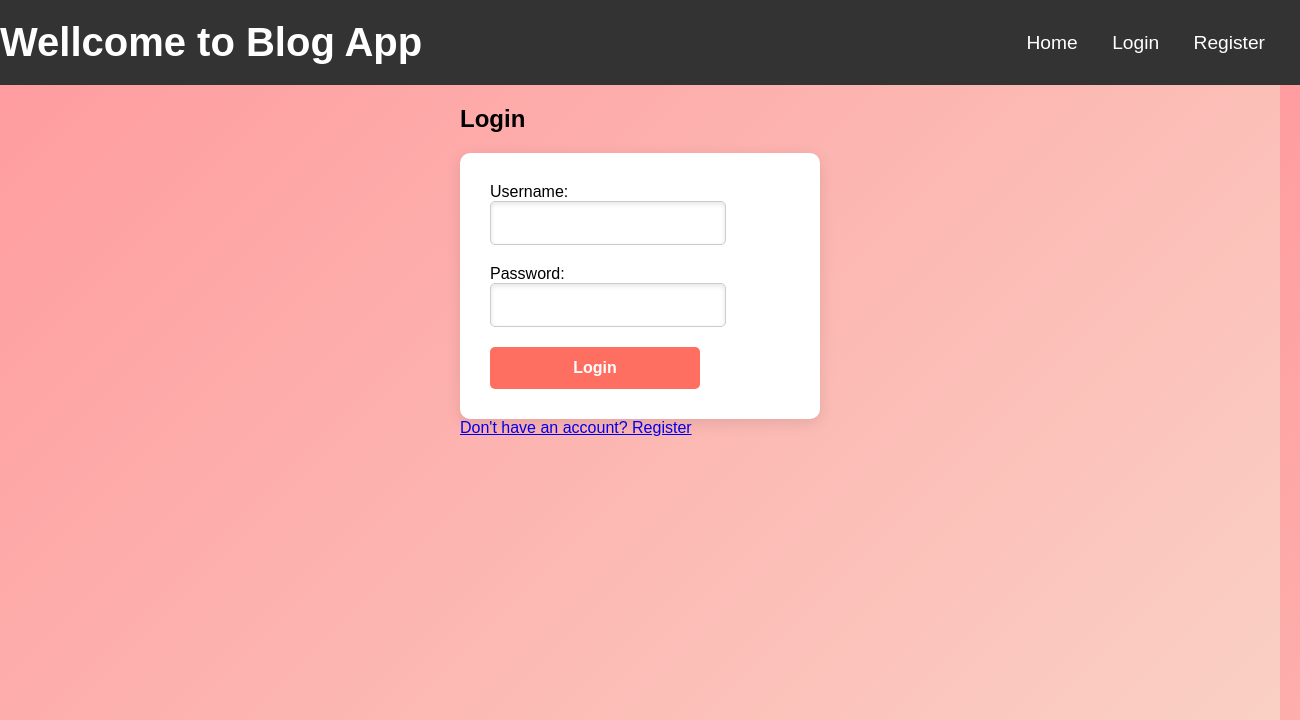
Repository: kapucuonur/blog_App
Page: users/templates/users/login.html
These files come from the project's save history. The page is drawn as it stood at one moment and after the next save; the edit follows.
The browser window is 1280 px wide. The page is 1300 px wide, so the pictures cover 1300 px, including what lies to the right of the window. The pictures show the whole page.
The template is drawn by Django 4.2. The application's start-up code is not run. Other server files are loaded and not shown. The template is opened directly, without the code that normally fills it, so the values that code supplies are empty.

Above is the page before, as saved 2025-01-28 13:25:35.

### users/templates/users/login.html
{% extends 'posts/base.html' %}

{% block content %}
    <h2>Login</h2>
    <form method="post">
        {% csrf_token %}

        {% if error %}
            <p style="color: red;">{{ error }}</p>
        {% endif %}

        <label for="id_username">Username:</label>
        <input type="text" name="username" id="id_username" required>

        <label for="id_password">Password:</label>
        <input type="password" name="password" id="id_password" required>

        <button type="submit">Login</button>
    </form>

    <a href="{% url 'register' %}">Don't have an account? Register</a>
{% endblock %}

### posts/templates/posts/base.html
{% load static %}
<!DOCTYPE html>
<html lang="en">
<head>
    <meta charset="UTF-8">
    <meta name="viewport" content="width=device-width, initial-scale=1.0">
    <title>Blog App</title>
    <link rel="stylesheet" href="{% static 'css/styles.css' %}">
</head>
<body>
    <header>
        <h1> Wellcome to Blog App</h1>
        <nav>
            <a href="{% url 'index' %}">Home</a>
            {% if user.is_authenticated %}
                <a href="{% url 'logout' %}">Logout</a>
            {% else %}
                <a href="{% url 'login' %}">Login</a>
                <a href="{% url 'register' %}">Register</a>
            {% endif %}
        </nav>
    </header>
    <main>
        {% block content %}
        {% endblock %}
    </main>
</body>
</html>

### static/css/styles.css
/* General styling */
body {
    font-family: Arial, sans-serif;
    margin: 0;
    padding: 0;
    display: flex;
    flex-direction: column;
    align-items: center;
    justify-content: flex-start;
    height: 100vh;
    background: linear-gradient(135deg, #ff9a9e, #fad0c4);
    animation: backgroundMove 5s infinite alternate;
    box-sizing: border-box;
}

@keyframes backgroundMove {
    from {
        background-position: 0% 50%;
    }
    to {
        background-position: 100% 50%;
    }
}

/* Header and Navigation */
header {
    width: 100%;
    background-color: #333;
    color: white;
    padding: 20px;
    display: flex;
    justify-content: space-between;
    align-items: center;
}

header h1 {
    margin: 0;
    font-size: 2.5rem;
}

nav a {
    color: white;
    margin: 0 15px;
    text-decoration: none;
    font-size: 1.2rem;
    transition: color 0.3s ease;
}

nav a:hover {
    color: #ff6f61;
}

/* Welcome message styling */
.welcome-message {
    text-align: center;
    margin-top: 30px;
    color: #444;
}

.welcome-message h2 {
    font-size: 2rem;
    color: #333;
}

.welcome-message p {
    font-size: 1.2rem;
    color: #555;
}

/* Posts container */
.posts-container {
    display: flex;
    justify-content: center;
    margin-top: 30px;
}

.posts {
    width: 70%;
    max-width: 800px;
}

.post {
    background-color: #fff;
    padding: 20px;
    margin-bottom: 20px;
    border-radius: 10px;
    box-shadow: 0 4px 15px rgba(0, 0, 0, 0.1);
}

.post h4 {
    margin: 0;
    font-size: 1.5rem;
    color: #333;
}

.post p {
    font-size: 1.2rem;
    color: #555;
}

.author {
    font-size: 1rem;
    color: #777;
    margin-top: 10px;
    font-style: italic;
}

/* Form styling */
form {
    background: #fff;
    padding: 30px;
    border-radius: 10px;
    box-shadow: 0 4px 15px rgba(0, 0, 0, 0.1);
    width: 300px;
    animation: slideDown 0.6s ease-in-out;
}

/* Heading inside the form */
form h2 {
    margin-bottom: 20px;
    color: #444;
    text-align: center;
    animation: fadeIn 1s ease-in-out;
}

/* Input styling */
form input {
    width: 70%;
    padding: 12px;
    margin-bottom: 20px;
    border: 1px solid #ccc;
    border-radius: 5px;
    font-size: 16px;
    box-shadow: inset 0 2px 5px rgba(0, 0, 0, 0.1);
    transition: border-color 0.3s ease, box-shadow 0.3s ease;
}

form input:focus {
    border-color: #ff6f61;
    box-shadow: 0 0 8px rgba(255, 111, 97, 0.5);
    outline: none;
}

/* Button styling */
form button {
    width: 70%;
    padding: 12px;
    background: #ff6f61;
    color: white;
    border: none;
    border-radius: 5px;
    font-size: 16px;
    font-weight: bold;
    cursor: pointer;
    transition: background 0.3s ease, transform 0.2s ease;
}

form button:hover {
    background: #e64c3c;
    transform: translateY(-2px);
}

/* Link styling */
form a {
    display: block;
    text-align: center;
    margin-top: 15px;
    text-decoration: none;
    color: #555;
    font-size: 14px;
    transition: color 0.3s ease;
}

form a:hover {
    color: #ff6f61;
}

/* Animations */
@keyframes slideDown {
    from {
        opacity: 0;
        transform: translateY(-20px);
    }
    to {
        opacity: 1;
        transform: translateY(0);
    }
}

@keyframes fadeIn {
    from {
        opacity: 0;
    }
    to {
        opacity: 1;
    }
}

After the next save:
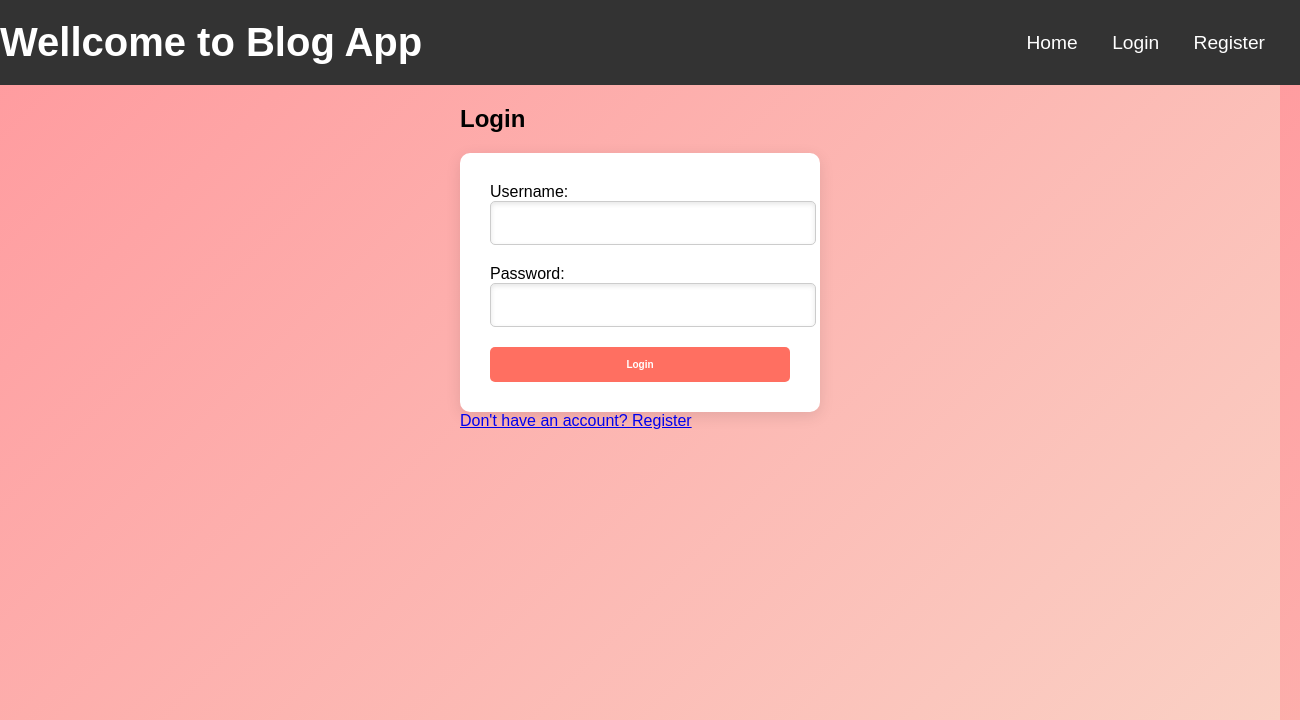
Saved 71 s later.
--- a/static/css/styles.css
+++ b/static/css/styles.css
@@ -125,7 +125,7 @@ form h2 {
 
 /* Input styling */
 form input {
-    width: 70%;
+    width: 100%;
     padding: 12px;
     margin-bottom: 20px;
     border: 1px solid #ccc;
@@ -143,13 +143,13 @@ form input:focus {
 
 /* Button styling */
 form button {
-    width: 70%;
+    width: 100%;
     padding: 12px;
     background: #ff6f61;
     color: white;
     border: none;
     border-radius: 5px;
-    font-size: 16px;
+    font-size: 10px;
     font-weight: bold;
     cursor: pointer;
     transition: background 0.3s ease, transform 0.2s ease;
